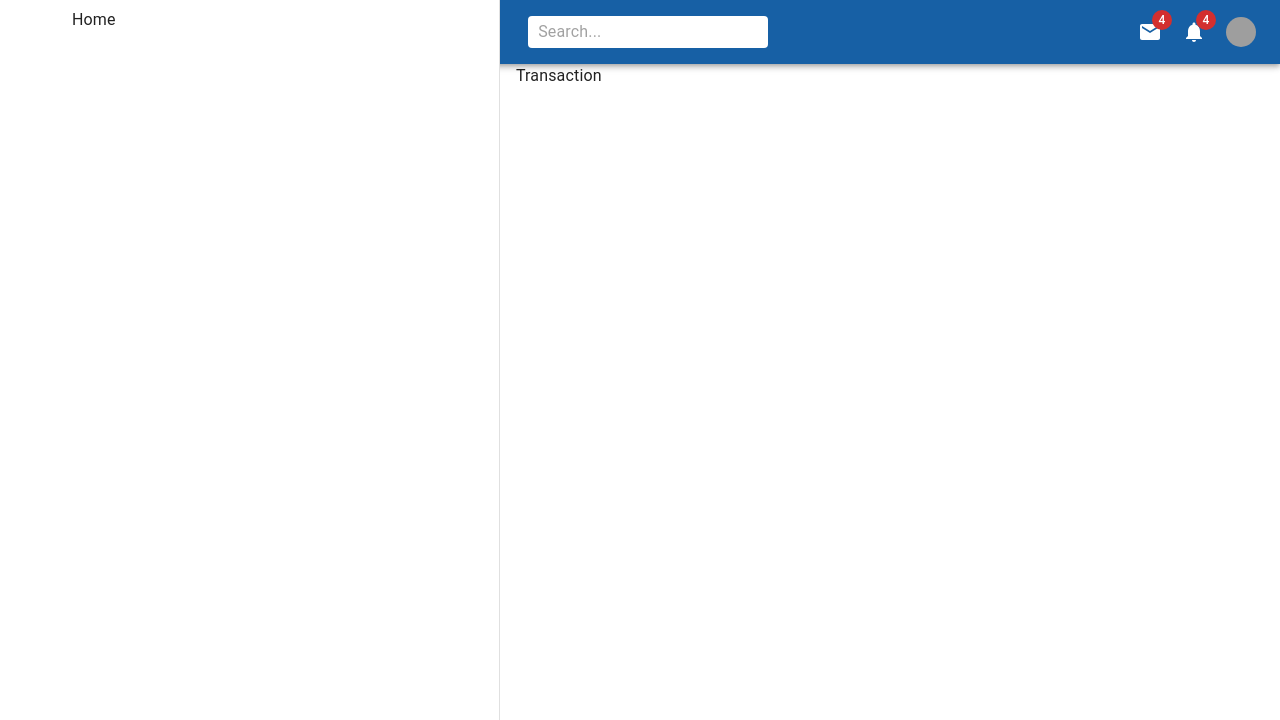
Repository: TrangPhuongLam07/exchangebookfrontend
Page: /management/transaction
The author's editor kept a copy of each file at every save. The page is drawn from the files as they stood at one save, then again after the next save.
The browser window is 1280 px wide. The pictures show the whole page.
Pictures or frames that could not be fetched are drawn as grey boxes. The project was rebuilt for these pictures with package versions that can differ from the ones it lists, and the page was loaded fresh each time. Some packages were replaced by stand-ins written for this rebuild. Also part of the build but not shown: craco.config.js. Imported but missing from the stored project, and not drawn on this page: src/pages/management/add-post, src/pages/management/update-post, src/utils.

Above is the page before, as saved 2023-08-01 16:58:14.

### src/index.js
import ReactDOM from "react-dom/client";
import React from "react";
import config from "./config";
import App from "./App";
import { ThemeProvider } from "@mui/material";
import "./index.css";
const root = ReactDOM.createRoot(document.getElementById("root"));

root.render(
  <React.StrictMode>
    <ThemeProvider theme={config.theme}>
      <App />
    </ThemeProvider>
  </React.StrictMode>
);

### src/config/index.js
import routes from "./routes";
import theme from "./theme";
const config = {
  routes,
  theme,
};

export default config;

### src/App.js
import { ReactQueryDevtools } from "@tanstack/react-query-devtools";
import { QueryClient, QueryClientProvider } from "@tanstack/react-query";
import { privateRoutes, publicRoutes } from "~/routes";
import { Fragment, Suspense } from "react";
import { CssBaseline } from "@mui/material";
import { BrowserRouter as Router, Routes, Route } from "react-router-dom";
import { Toaster } from "react-hot-toast";
const queryClient = new QueryClient({
  defaultOptions: {
    queries: {
      refetchOnWindowFocus: false,
      refetchOnMount: false,
      refetchOnReconnect: false,
      retry: 1,
      staleTime: 5 * 1000,
    },
  },
});

function App() {
  return (
    <QueryClientProvider client={queryClient}>
      <CssBaseline />
      <Toaster
        toastOptions={{
          duration: 1500,
        }}
      />
      <Router>
        <Suspense fallback={<div>Loading...</div>}>
          <Routes>
            {publicRoutes.map((route, index) => {
              const Page = route.component;
              const Layout = route.layout || Fragment;
              return (
                <Route
                  key={index}
                  path={route.path}
                  element={
                    <Layout>
                      <Page />
                    </Layout>
                  }
                />
              );
            })}
            {privateRoutes.map((route, index) => {
              const Page = route.component;
              const Layout = route.layout || Fragment;
              const Role = route?.role;
              return (
                <Route
                  key={index}
                  path={route.path}
                  element={
                    <Layout>
                      <Page />
                    </Layout>
                  }
                />
              );
            })}
          </Routes>
        </Suspense>
      </Router>
      <ReactQueryDevtools initialIsOpen={false} />
    </QueryClientProvider>
  );
}

export default App;

### src/index.css
body {
  margin: 0;
  font-family: -apple-system, BlinkMacSystemFont, "Segoe UI", "Roboto", "Oxygen",
    "Ubuntu", "Cantarell", "Fira Sans", "Droid Sans", "Helvetica Neue",
    sans-serif;
  -webkit-font-smoothing: antialiased;
  -moz-osx-font-smoothing: grayscale;
}

code {
  font-family: source-code-pro, Menlo, Monaco, Consolas, "Courier New",
    monospace;
}
img {
  max-width: 100%;
  object-fit: cover;
}

### src/config/routes.js
const routes = {
  home: "/",
  management: {
    management: "/management",
    add: "/management/add",
    update: "/management/update/:id",
    transaction: "/management/transaction",
    profile: "/management/profile",
  },
};
export default routes;

### src/config/theme.js
import { createTheme } from "@mui/material";
const theme = createTheme({
  palette: {
    primary: {
      main: "#1760A5",
      light: "skyblue",
    },
    secondary: {
      main: "#15C630",
    },
  },
});
export default theme;

### src/routes/index.js
import config from "~/config";
import { lazy } from "react";

const HomePage = lazy(() => import("~/pages/home"));
const AddPostPage = lazy(() => import("~/pages/management/add-post"));
const UpdatePostPage = lazy(() => import("~/pages/management/update-post"));
const ManagementPage = lazy(() => import("~/pages/management"));
const TransactionPage = lazy(() => import("~/pages/management/transaction"));

const ProfilePage = lazy(() => import("~/pages/management/profile"));

const DetailPage = lazy(() => import("~/pages/detail"));

const DefaultLayout = lazy(() => import("~/layouts/default"));
const ManagementLayout = lazy(() => import("~/layouts/management"));
const DetailLayout = lazy(() => import("~/layouts/detail"));

const publicRoutes = [
  {
    path: config.routes.home,
    component: HomePage,
    layout: DefaultLayout,
  },
];
const privateRoutes = [
  {
    path: config.routes.management.management,
    component: ManagementPage,
    layout: ManagementLayout,
  },
  {
    path: config.routes.management.add,
    component: AddPostPage,
    layout: ManagementLayout,
  },
  {
    path: config.routes.management.update,
    component: UpdatePostPage,
    layout: ManagementLayout,
  },
  {
    path: config.routes.management.profile,
    component: ProfilePage,
    layout: ManagementLayout,
  },
  {
    path: config.routes.management.transaction,
    component: TransactionPage,
    layout: ManagementLayout,
  },
  {
    path: config.routes.detailPage,
    component: DetailPage,
    layout: ManagementLayout,
  },
];

export { publicRoutes, privateRoutes };

### src/pages/management/transaction/index.js
const Transaction = () => {
  return <div>Transaction</div>;
};

export default Transaction;

### src/layouts/management/index.js
import { Box, Stack } from "@mui/material";
import AddPostBtn from "~/components/buttons/add-btn";
import Header from "~/components/header";
import Sidebar from "~/components/sidebar";

const ManagementLayout = ({ children }) => {
  return (
    <Box>
      <Header />
      <Stack direction="row" spacing={2} justifyContent="space-between">
        <Sidebar />
        <Box flex={4}>{children}</Box>
      </Stack>
      <AddPostBtn />
    </Box>
  );
};

export default ManagementLayout;

### src/components/buttons/add-btn/index.js
import {
  Avatar,
  Box,
  Button,
  ButtonGroup,
  Fab,
  Modal,
  TextField,
  Tooltip,
  Typography,
  styled,
} from "@mui/material";
import { Add as AddIcon } from "@mui/icons-material";
import { useState } from "react";
const AddPostBtn = () => {
  const [open, setOpen] = useState(false);
  const handleClose = () => setOpen(false);

  const StyledModal = styled(Modal)({
    display: "flex",
    alignItems: "center",
    justifyContent: "center",
  });
  const UserBox = styled(Box)({
    display: "flex",
    alignItems: "center",
    gap: "10px",
    marginBottom: "20px",
  });
  return (
    <Box>
      <Tooltip
        onClick={() => setOpen(true)}
        title="Add post"
        sx={{
          position: "fixed",
          bottom: 20,
          left: { xs: "calc(50% - 25px)", md: 30 },
        }}
      >
        <Fab color="primary" aria-label="Add">
          <AddIcon />
        </Fab>
      </Tooltip>
      <StyledModal open={open} onClose={handleClose}>
        <Box width={500} height={350} p={3} borderRadius={4} bgcolor="white">
          <Typography variant="h6" color="gray" textAlign="center">
            Create post
          </Typography>
          <UserBox>
            <Avatar
              src="https://source.unsplash.com/random"
              sx={{ width: 30, height: 30 }}
            />
            <Typography fontWeight={500} variant="span">
              Kienthuc
            </Typography>
          </UserBox>
          <TextField
            multiline
            rows={4}
            placeholder="What's in your mind"
            variant="standard"
            sx={{
              width: "100%",
            }}
          />
          <ButtonGroup fullWidth variant="contained" sx={{ marginTop: 3 }}>
            <Button>Post</Button>
          </ButtonGroup>
        </Box>
      </StyledModal>
    </Box>
  );
};

export default AddPostBtn;

### src/components/header/index.js
import { Pets, Mail, Notifications } from "@mui/icons-material";
import {
  AppBar,
  Typography,
  Box,
  Toolbar,
  InputBase,
  Badge,
  styled,
  Avatar,
  Menu,
  MenuItem,
} from "@mui/material";
import { useState } from "react";
import { useNavigate } from "react-router-dom";

const Header = () => {
  const [open, setOpen] = useState(false);
  const navigate = useNavigate();
  const handleToggle = () => {
    setOpen(!open);
  };

  const StyledToobar = styled(Toolbar)({
    display: "flex",
    justifyContent: "space-between",
  });
  const Search = styled("div")(({ theme }) => ({
    background: "white",
    padding: "0 10px",
    borderRadius: theme.shape.borderRadius,
  }));
  const Icons = styled(Box)(({ theme }) => ({
    display: "none",
    alignItems: "center",
    gap: "20px",
    [theme.breakpoints.up("sm")]: {
      display: "flex",
    },
  }));
  const UserBox = styled(Box)(({ theme }) => ({
    display: "flex",
    alignItems: "center",
    gap: "10px",
    [theme.breakpoints.up("sm")]: {
      display: "none",
    },
  }));
  return (
    <AppBar position="sticky">
      <StyledToobar>
        <Typography
          variant="h6"
          sx={{
            display: { xs: "none", sm: "block" },
          }}
        >
          ExchangeBook
        </Typography>
        <Pets
          sx={{
            display: { xs: "block", sm: "none" },
          }}
        />
        <Search>
          <InputBase placeholder="Search..." />
        </Search>
        <Icons>
          <Badge badgeContent={4} color="error">
            <Mail />
          </Badge>
          <Badge badgeContent={4} color="error">
            <Notifications />
          </Badge>
          <Avatar
            sx={{ width: 30, height: 30 }}
            src="https://source.unsplash.com/random"
            onClick={handleToggle}
          />
        </Icons>
        <UserBox onClick={handleToggle}>
          <Avatar
            sx={{ width: 30, height: 30 }}
            src="https://source.unsplash.com/random"
          />
        </UserBox>
        <Menu
          id="menu"
          aria-aria-labelledby="demo"
          open={open}
          onClose={() => setOpen(false)}
          anchorOrigin={{
            vertical: "top",
            horizontal: "right",
          }}
          transformOrigin={{
            vertical: "top",
            horizontal: "right",
          }}
        >
          <MenuItem
            onClick={() => navigate("/management/profile", { replace: true })}
          >
            Profile
          </MenuItem>
          <MenuItem>My account</MenuItem>
          <MenuItem>Logout</MenuItem>
        </Menu>
      </StyledToobar>
    </AppBar>
  );
};

export default Header;

### src/components/sidebar/index.js
import { Home, ModeNight } from "@mui/icons-material";
import {
  Box,
  List,
  ListItem,
  ListItemIcon,
  ListItemText,
  Switch,
  styled,
  Drawer,
  ListItemButton,
} from "@mui/material";
import { Link } from "react-router-dom";
const Sidebar = () => {
  const StyledLink = styled(Link)({
    display: "flex",
    alignItems: "center",
    width: "100%",
    padding: "10px 20px",
    rowGap: 5,
  });

  return (
    // <Box
    //   flex={1}
    //   position="relative"
    //   p={2}
    //   sx={{
    //     display: { xs: "none", sm: "block" },
    //   }}
    // >
    //   <Box position="fixed" width={1 / 8}>
    //     <List>
    //       <ListItem>
    //         <StyledLink to="/">
    //           <ListItemIcon>
    //             <Home />
    //           </ListItemIcon>
    //           <ListItemText primary="Home" />
    //         </StyledLink>
    //       </ListItem>
    //       <ListItem>
    //         <StyledLink to="/management">
    //           <ListItemIcon>
    //             <Home />
    //           </ListItemIcon>
    //           <ListItemText primary="Management" />
    //         </StyledLink>
    //       </ListItem>
    //       <ListItem>
    //         <StyledLink to="/management/add">
    //           <ListItemIcon>
    //             <Home />
    //           </ListItemIcon>
    //           <ListItemText primary="Add" />
    //         </StyledLink>
    //       </ListItem>
    //       <ListItem>
    //         <StyledLink to="/management/transaction">
    //           <ListItemIcon>
    //             <Home />
    //           </ListItemIcon>
    //           <ListItemText primary="Transaction" />
    //         </StyledLink>
    //       </ListItem>
    //       <ListItem>
    //         <ListItemIcon>
    //           <ModeNight />
    //           <Switch />
    //         </ListItemIcon>
    //       </ListItem>
    //     </List>
    //   </Box>
    // </Box>
    <Drawer
      variant="permanent"
      sx={{
        width: 500,
        flexShrink: 0,
        "& .MuiDrawer-paper": {
          width: 500,
          boxSizing: "border-box",
        },
      }}
    >
      <List disablePadding>
        <ListItemButton>
          <ListItemIcon></ListItemIcon>
          Home
        </ListItemButton>
      </List>
    </Drawer>
  );
};

export default Sidebar;

Loaded but not shown: public/index.html (common file)

After the next save:
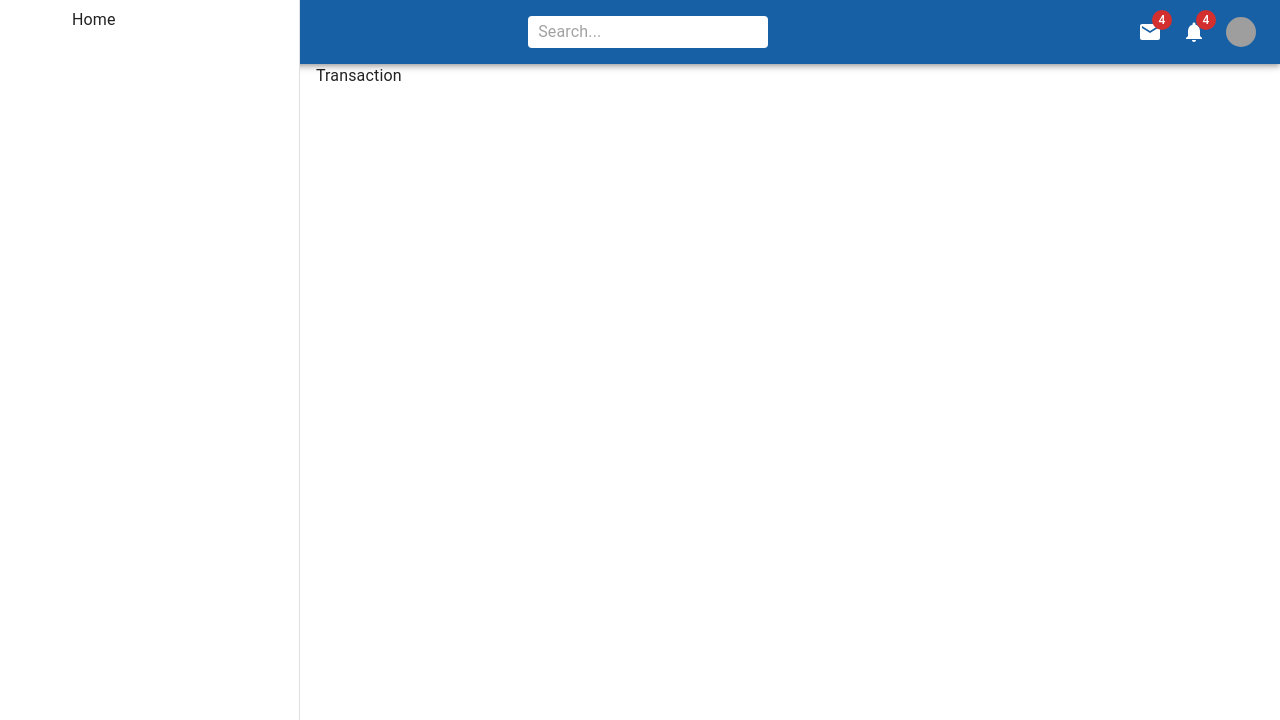
Saved 21 s later.
--- a/src/components/sidebar/index.js
+++ b/src/components/sidebar/index.js
@@ -75,10 +75,10 @@ const Sidebar = () => {
     <Drawer
       variant="permanent"
       sx={{
-        width: 500,
+        width: 300,
         flexShrink: 0,
         "& .MuiDrawer-paper": {
-          width: 500,
+          width: 300,
           boxSizing: "border-box",
         },
       }}
